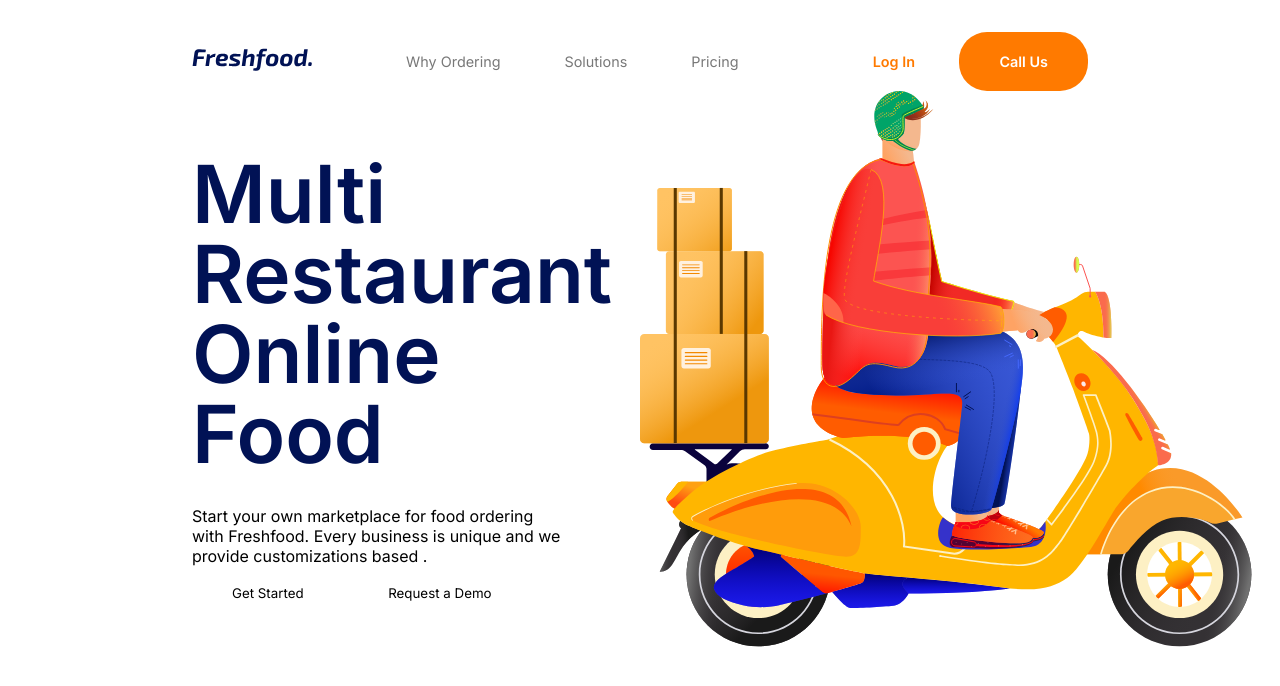
Repository: badhon252/FreshFood
Page: index.html
The author's editor kept a copy of each file at every save. The page is drawn from the files as they stood at one save, then again after the next save.
The browser window is 1280 px wide. The pictures show the whole page.
The style sheet was rebuilt from its Sass, Less or Tailwind sources for each picture, by a compiler version that may differ from the author's.

Above is the page before, as saved 2022-09-06 00:28:41.

After the next save:
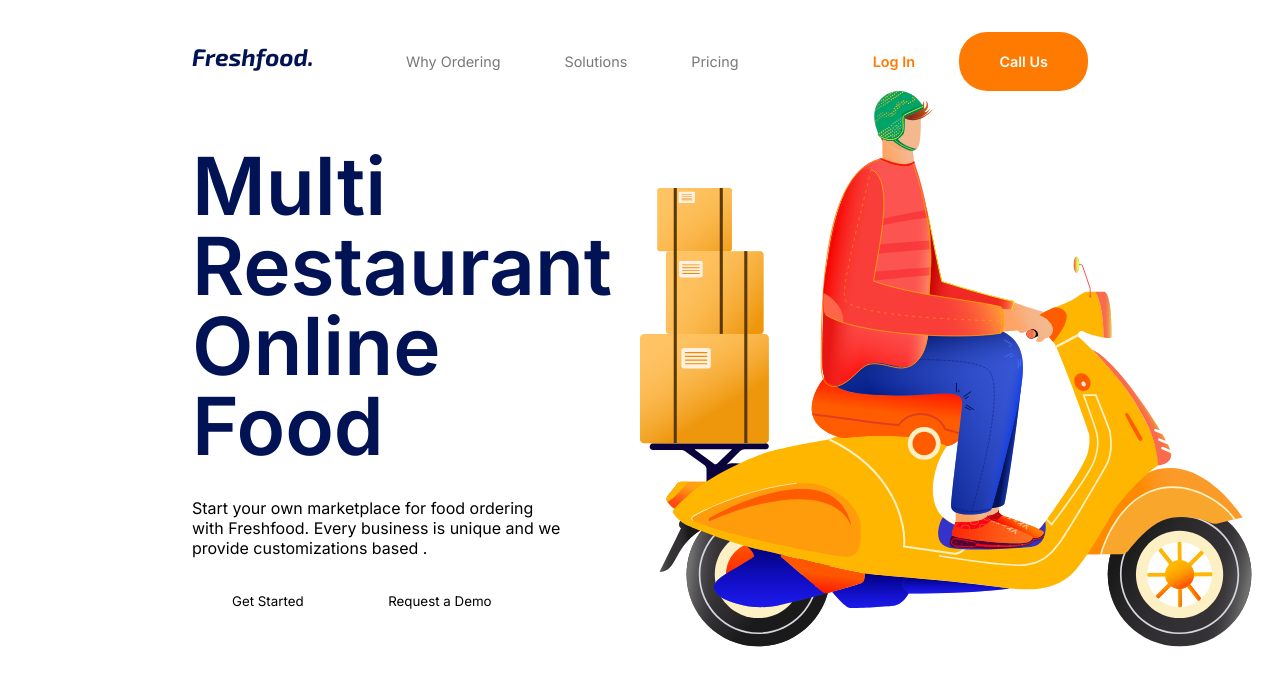
Saved 22 s later.
--- a/scss/style.scss
+++ b/scss/style.scss
@@ -81,4 +81,8 @@
     font-size: 5rem;
     margin: 2rem 0;
   }
+  p {
+    font-size: 1rem;
+    margin: 1rem 0;
+  }
 }
